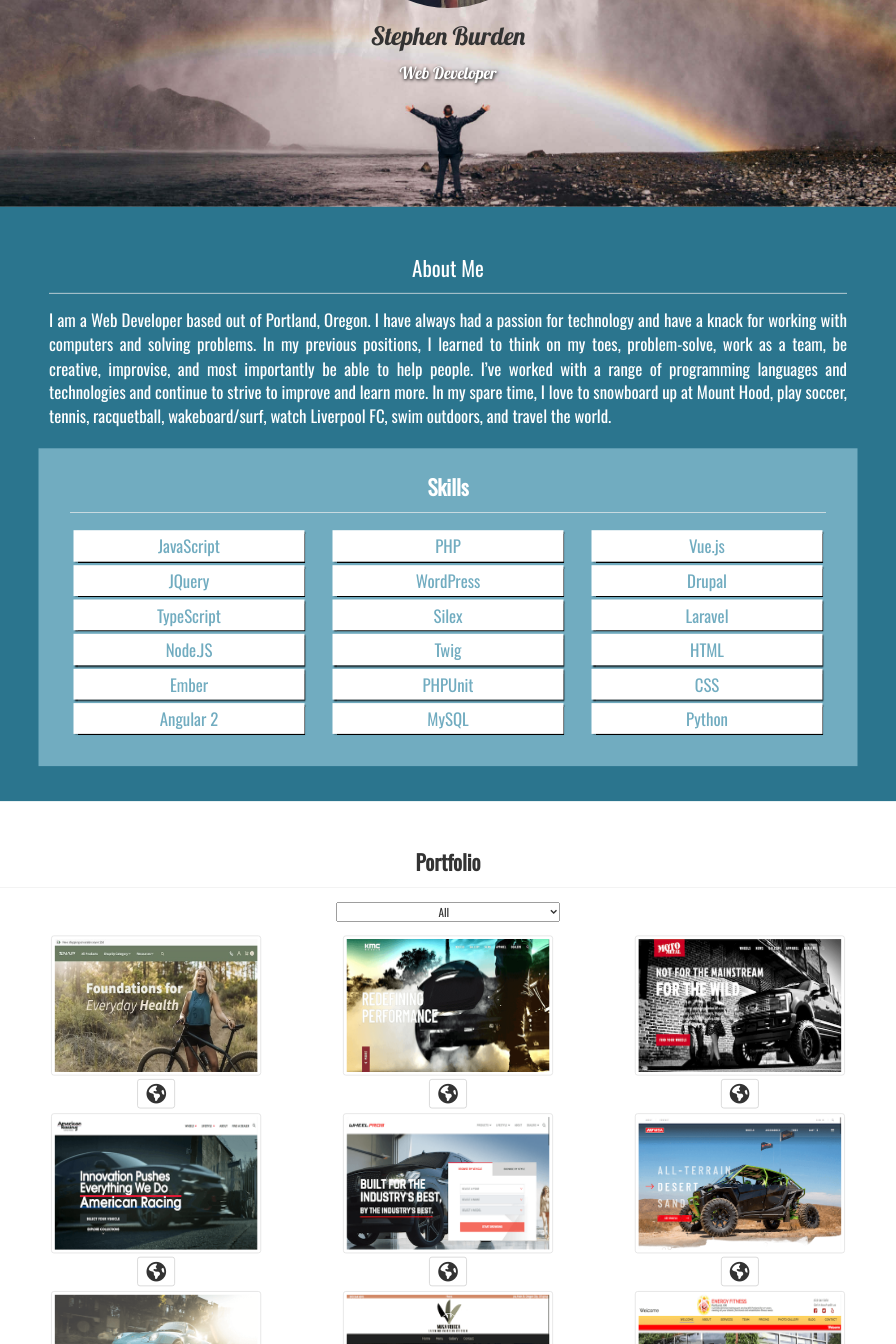
Repository: spburden/portfolio
Page: index.html
An editor plug-in stored every save of this project. The page is shown before and after the next save, followed by the edit.
The browser window is 1280 px wide. The pictures show the part of the page from y = 489 to 2409 px (the page is 4234 px tall), at 70% of full size.
Some web libraries are served in a nearby version.

Above is the page before, as saved 2019-07-31 00:34:45.

After the next save:
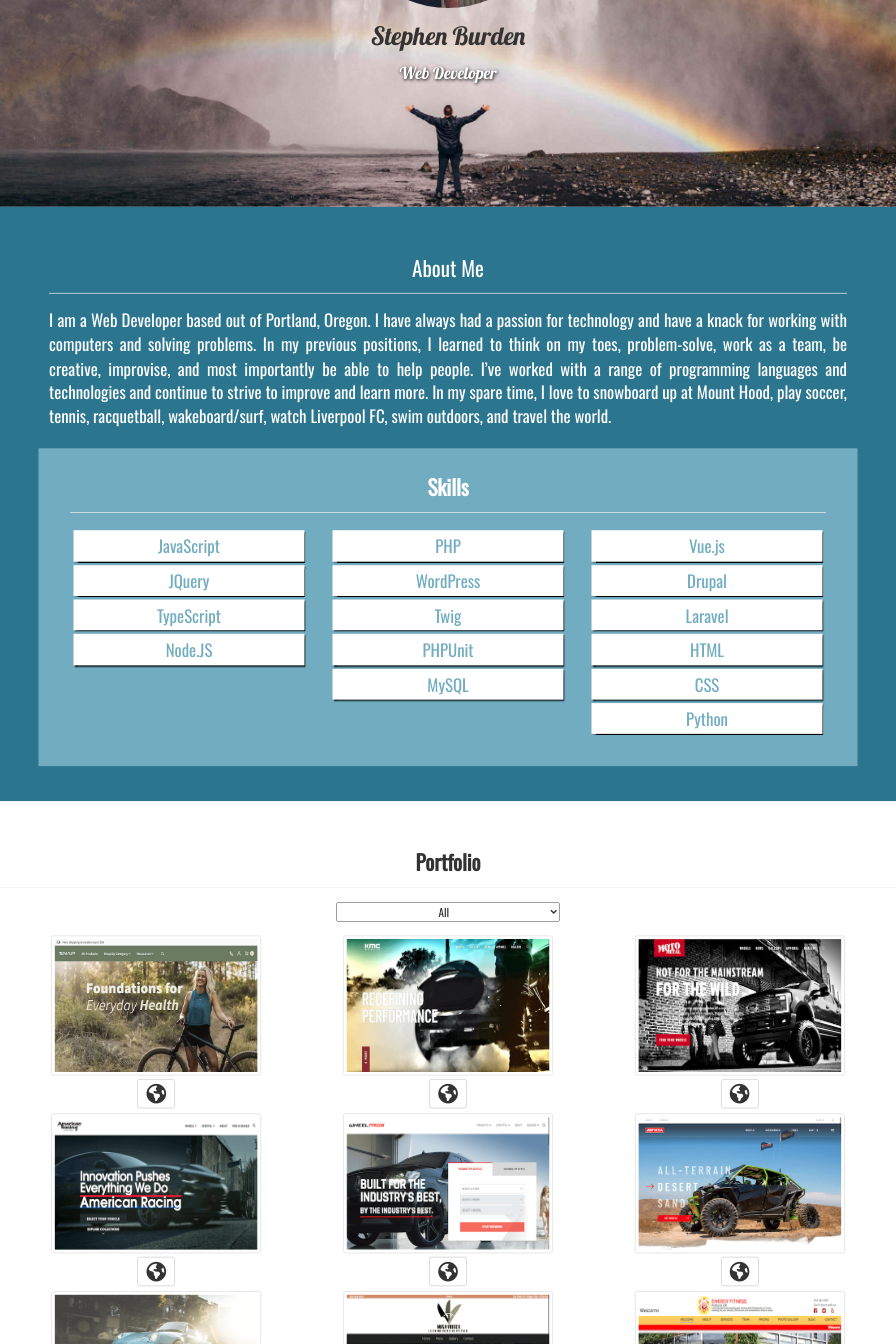
Saved 54 s later.
--- a/index.html
+++ b/index.html
@@ -77,15 +77,15 @@
             <li>JQuery</li>
             <li>TypeScript</li>
             <li>Node.JS</li>
-            <li>Ember</li>
-            <li>Angular 2</li>
+            <!-- <li>Ember</li> -->
+            <!-- <li>Angular 2</li> -->
           </ul>
         </div>
         <div class="col-sm-4 mid-skills">
           <ul class="skills">
             <li>PHP</li>
             <li>WordPress</li>
-            <li>Silex</li>
+            <!-- <li>Silex</li> -->
             <li>Twig</li>
             <li>PHPUnit</li>
             <li>MySQL</li>
